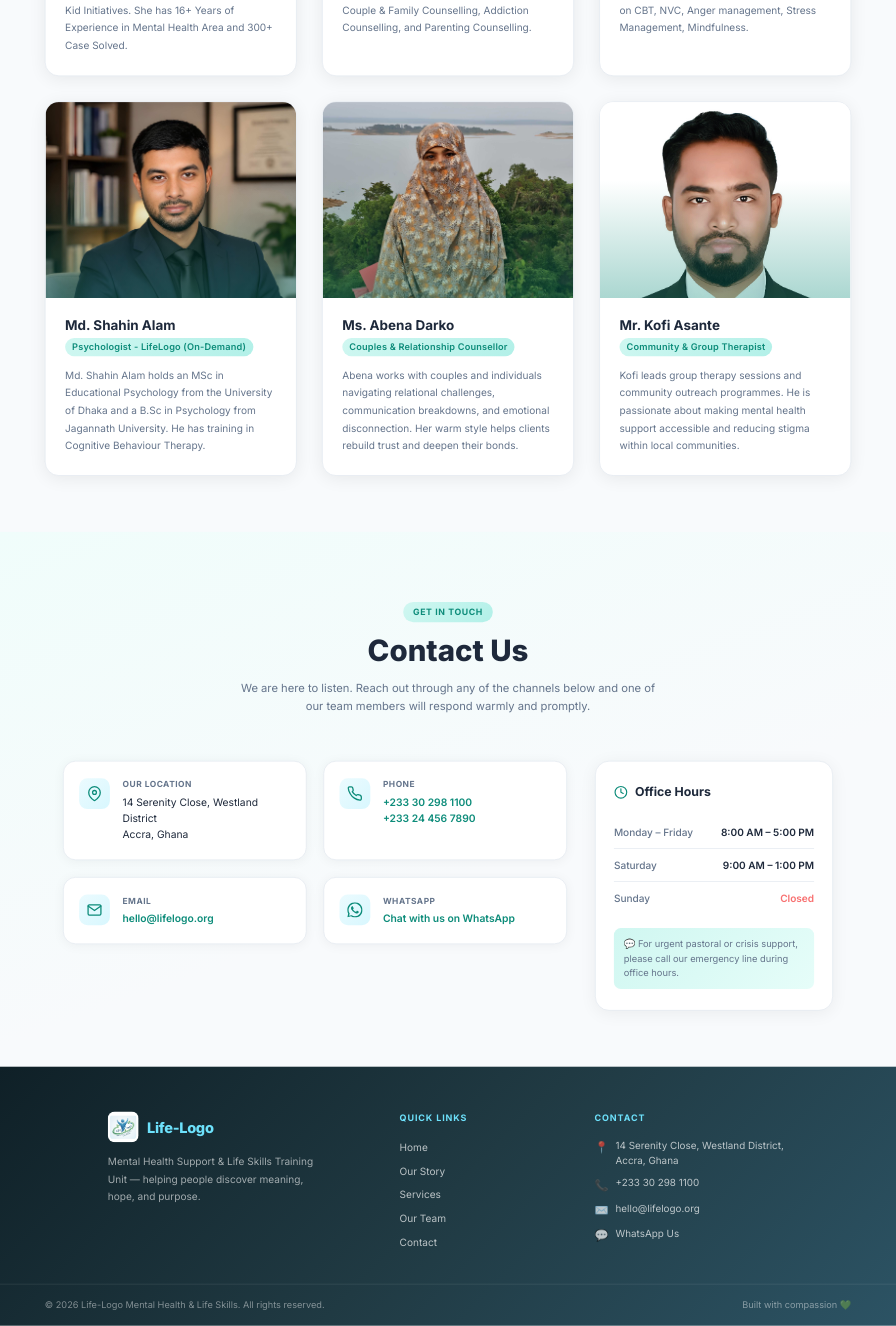
Repository: Tan47s/Lifelogo
Page: /
The author's editor kept a copy of each file at every save. The page is drawn from the files as they stood at one save, then again after the next save.
The browser window is 1280 px wide. The pictures show the part of the page from y = 3017 to 4937 px (the page is 4911 px tall before and 4937 px after), at 70% of full size.
The project was rebuilt for these pictures with package versions that can differ from the ones it lists, and the page was loaded fresh each time. Also part of the build but not shown: vite.config.js.

Above is the page before, as saved 2026-08-09 17:11:28.

### index.html
<!doctype html>
<html lang="en">
  <head>
    <meta charset="UTF-8" />
    <link rel="icon" type="image/svg+xml" href="/favicon.svg" />
    <meta name="viewport" content="width=device-width, initial-scale=1.0" />
    <title>Life-Logo | Mental Health Counselling &amp; Life Skills</title>
    <meta name="description" content="Life-Logo Mental Health Support &amp; Life Skills Training Unit — professional counselling, resilience coaching, and compassionate support to help you find meaning, hope, and purpose." />
    <meta property="og:title" content="Life-Logo | Mental Health Counselling &amp; Life Skills" />
    <meta property="og:description" content="Professional counselling and life skills training to support your well-being and personal growth." />
    <meta property="og:type" content="website" />
  </head>
  <body>
    <div id="root"></div>
    <script type="module" src="/src/main.jsx"></script>
  </body>
</html>

### src/main.jsx
import { StrictMode } from 'react'
import { createRoot } from 'react-dom/client'

import { App } from './App.jsx'


createRoot(document.getElementById('root')).render(
  <StrictMode>
    <App />
  </StrictMode>,
)

### src/App.jsx
import React from 'react'
import { Header } from './comp/Header'
import { Herocon } from './comp/Herocon'
import { Contents2 } from './comp/Contents2'
import { Service2 } from './comp/Service2'
import { Counsellors } from './comp/Counsellors'
import { Contact } from './comp/Contact'
import { Footer } from './comp/Footer'

export const App = () => {
  return (
    <div>
      <Header />

      {/* Hero — id: home (owned by Herocon's <section>) */}
      <Herocon />

      {/* Our Story — id: story (owned by Contents2's <section>) */}
      <Contents2 />

      {/* Services — id: services (declared inside Service2's <section>) */}
      <Service2 />

      {/* Our Team — id: team */}
      <Counsellors />

      {/* Contact — id: contact */}
      <Contact />

      {/* Footer */}
      <Footer />
    </div>
  )
}

### src/comp/Herocon.jsx
import './herocon.css'
import Hero from '../assets/hero.png'

const stats = [
  { value: '500+', label: 'Lives Impacted' },
  { value: '15+', label: 'Years Experience' },
  { value: '6',   label: 'Specialists' },
]

export const Herocon = () => {
  const scrollTo = (id) => {
    const el = document.getElementById(id)
    if (el) el.scrollIntoView({ behavior: 'smooth' })
  }

  return (
    <section
      id="home"
      className="hero-section"
      style={{ backgroundImage: `url(${Hero})` }}
    >
      {/* layered overlay */}
      <div className="hero-overlay" />

      <div className="hero-content">
        {/* eyebrow badge */}
        <span className="hero-badge">Mental Health &amp; Life Skills</span>

        {/* quote */}
        <p className="hero-quote">
          &ldquo;Doctors Dress The Wound, God Heals It.&rdquo;
        </p>

        {/* headline */}
        <h1 className="hero-headline">
          Well-Being Requires<br />
          <span className="hero-headline-accent">a Safe Space to Heal</span>
        </h1>

        {/* sub-text */}
        <p className="hero-sub">
          Mental health is the foundation of a healthy life. Through compassion,
          professional support, and faith, we help you find hope, build
          resilience, and take meaningful steps toward lasting well-being.
        </p>

        {/* CTAs */}
        <div className="hero-ctas">
          <button
            id="hero-contact-btn"
            className="hero-btn hero-btn--primary"
            onClick={() => scrollTo('contact')}
          >
            Contact Us
          </button>
          <button
            id="hero-services-btn"
            className="hero-btn hero-btn--ghost"
            onClick={() => scrollTo('services')}
          >
            Our Services
          </button>
        </div>

        {/* Stats strip */}
        <div className="hero-stats">
          {stats.map((s, i) => (
            <div className="hero-stat" key={i}>
              <span className="hero-stat-value">{s.value}</span>
              <span className="hero-stat-label">{s.label}</span>
            </div>
          ))}
        </div>
      </div>
    </section>
  )
}

### src/comp/Service2.jsx
import React from 'react'
import ser1 from '../assets/ser1.png'
import ser2 from '../assets/ser2.png'
import ser3 from '../assets/ser3.png'
import ser4 from '../assets/ser4.png'
import './Service2.css'

const services = [
  {
    img: ser1,
    title: 'Individual Counselling',
    tag: 'One-on-One',
    desc: 'A private, confidential space where you can explore personal challenges, process emotions, and develop healthier coping strategies with the guidance of a qualified counsellor.',
  },
  {
    img: ser2,
    title: 'Couple Counselling',
    tag: 'Relationships',
    desc: 'Helping couples navigate conflict, rebuild trust, and strengthen communication so they can grow together in a healthy, supportive partnership.',
  },
  {
    img: ser3,
    title: 'Family Counselling',
    tag: 'Family Dynamics',
    desc: 'We work with families to address relational tensions, improve understanding, and foster a home environment rooted in compassion and mutual respect.',
  },
  {
    img: ser4,
    title: 'Life Skills Training',
    tag: 'Personal Growth',
    desc: 'Practical workshops and coaching sessions that equip you with tools for resilience, emotional regulation, goal-setting, and purposeful living.',
  },
]

export const Service2 = () => {
  return (
    <section id="services" className="services-section">
      {/* Section Header */}
      <div className="services-header">
        <span className="section-badge">What We Offer</span>
        <h2>Our Services</h2>
        <p className="services-subtitle">
          We provide compassionate mental health counselling and life skills
          training to support your well-being and personal growth.
        </p>
      </div>

      {/* Cards Grid */}
      <div className="services-grid">
        {services.map((s, i) => (
          <div className="service-card" key={i}>
            <div className="service-img-wrap">
              <img src={s.img} alt={s.title} className="service-img" />
              <div className="service-img-overlay" />
            </div>
            <div className="service-info">
              <span className="service-tag">{s.tag}</span>
              <h3>{s.title}</h3>
              <p>{s.desc}</p>
            </div>
          </div>
        ))}
      </div>
    </section>
  )
}

### src/comp/Counsellors.jsx
import React from 'react'
import './Counsellors.css'
import c1 from '../assets/counsellor1.jpg'
import c2 from '../assets/counsellor2.jpg'
import c3 from '../assets/counsellor3.jpeg'
import c4 from '../assets/counsellor4.jpeg'
import c5 from '../assets/counsellor5.jpeg'
import c6 from '../assets/counsellor6.jpg'

const counsellors = [
  {
    img: c1,
    name: 'Sunjeda Parvin',
    role: 'Founder - Life Logo',
    bio: 'Sunjeda Parvin is a Parent Training Facilitator(Uk) and holds an Ms in Counselling Psychology(Du). She serves as the Founder - Life Logo and Advisor - Super Kid Initiatives. She has 16+ Years of Experience in Mental Health Area and 300+ Case Solved.',
  },
  {
    img: c2,
    name: 'Sabina Islam',
    role: 'Psychologist - LifeLogo',
    bio: 'Sabina Islam holds an MS in Social Psychology from the University of Dhaka. She has 4+ Years of Experience with expertise in Psychotherapy (CBT & DBT), Couple & Family Counselling, Addiction Counselling, and Parenting Counselling.',
  },
  {
    img: c3,
    name: 'Israt Jahan Labone',
    role: 'Psychologist - LifeLogo(On-Demand)',
    bio: 'Israt Jahan Labone holds an MS in School Psychology (DU) and is a Master Trainer (Ministry of Education and SESIP). She has 5+ Years of Experience and Special Training on CBT, NVC, Anger management, Stress Management, Mindfulness.',
  },
  {
    img: c4,
    name: 'Md. Shahin Alam',
    role: 'Psychologist - LifeLogo (On-Demand)',
    bio: 'Md. Shahin Alam holds an MSc in Educational Psychology from the University of Dhaka and a B.Sc in Psychology from Jagannath University. He has training in Cognitive Behaviour Therapy.',
  },
  {
    img: c5,
    name: 'Ms. Abena Darko',
    role: 'Couples & Relationship Counsellor',
    bio: 'Abena works with couples and individuals navigating relational challenges, communication breakdowns, and emotional disconnection. Her warm style helps clients rebuild trust and deepen their bonds.',
  },
  {
    img: c6,
    name: 'Mr. Kofi Asante',
    role: 'Community & Group Therapist',
    bio: 'Kofi leads group therapy sessions and community outreach programmes. He is passionate about making mental health support accessible and reducing stigma within local communities.',
  },
]

export const Counsellors = () => {
  return (
    <section id="team" className="counsellors-section">
      {/* Section Header */}
      <div className="counsellors-header">
        <span className="section-badge">Our Team</span>
        <h2>Meet the Counsellors</h2>
        <p className="counsellors-subtitle">
          Our qualified, compassionate professionals are dedicated to walking
          alongside you on your journey to wholeness.
        </p>
      </div>

      {/* Cards Grid */}
      <div className="counsellors-grid">
        {counsellors.map((c, i) => (
          <div className="counsellor-card" key={i}>
            <div className="counsellor-img-wrap">
              <img src={c.img} alt={c.name} className="counsellor-img" />
              <div className="counsellor-img-overlay" />
            </div>
            <div className="counsellor-info">
              <h3>{c.name}</h3>
              <span className="counsellor-role">{c.role}</span>
              <p>{c.bio}</p>
            </div>
          </div>
        ))}
      </div>
    </section>
  )
}

### src/comp/Footer.jsx
import React from 'react'
import './Footer.css'
import logo from '../assets/logo.png'

export const Footer = () => {
  const year = new Date().getFullYear()

  const scrollTo = (id) => {
    const el = document.getElementById(id)
    if (el) el.scrollIntoView({ behavior: 'smooth' })
  }

  return (
    <footer className="footer">
      <div className="footer-inner">

        {/* Brand Column */}
        <div className="footer-brand">
          <div className="footer-logo-row">
            <img src={logo} alt="Life-Logo" className="footer-logo" />
            <span className="footer-name">Life-Logo</span>
          </div>
          <p className="footer-tagline">
            Mental Health Support &amp; Life Skills Training Unit — helping
            people discover meaning, hope, and purpose.
          </p>
        </div>

        {/* Quick Links */}
        <div className="footer-col">
          <h4>Quick Links</h4>
          <ul>
            {[
              { label: 'Home',        id: 'home' },
              { label: 'Our Story',   id: 'story' },
              { label: 'Services',    id: 'services' },
              { label: 'Our Team',    id: 'team' },
              { label: 'Contact',     id: 'contact' },
            ].map((l) => (
              <li key={l.id}>
                <button onClick={() => scrollTo(l.id)} className="footer-link">
                  {l.label}
                </button>
              </li>
            ))}
          </ul>
        </div>

        {/* Contact Column */}
        <div className="footer-col">
          <h4>Contact</h4>
          <ul className="footer-contact-list">
            <li>
              <span className="fc-icon">📍</span>
              14 Serenity Close, Westland District, Accra, Ghana
            </li>
            <li>
              <span className="fc-icon">📞</span>
              <a href="tel:+233302981100">+233 30 298 1100</a>
            </li>
            <li>
              <span className="fc-icon">✉️</span>
              <a href="mailto:hello@lifelogo.org">hello@lifelogo.org</a>
            </li>
            <li>
              <span className="fc-icon">💬</span>
              <a href="https://wa.me/233244567890" target="_blank" rel="noopener noreferrer">
                WhatsApp Us
              </a>
            </li>
          </ul>
        </div>

      </div>

      {/* Bottom Bar */}
      <div className="footer-bottom">
        <p>&copy; {year} Life-Logo Mental Health &amp; Life Skills. All rights reserved.</p>
        <p className="footer-note">Built with compassion 💚</p>
      </div>
    </footer>
  )
}

### src/Index.css

@import url('https://fonts.googleapis.com/css2?family=Inter:wght@100..900&display=swap');

:root {
  /* Brand */
  --primary: #6de1fb;        /* Teal from header */
  --primary-light: #02ff78;


  /* Logo greens */
  --green: #22C55E;
  --green-light: #DCFCE7;

  /* Blue accent */
  --blue: #38BDF8;
  --blue-light: #E0F2FE;

  /* Backgrounds */
  --background: #F8FAFC;
  --surface: #FFFFFF;

  /* Text */
  --text: #1E293B;
  --text-muted: #64748B;

  /* Borders */
  --border: #E2E8F0;
}

* {
  margin: 0;
  padding: 0;
  box-sizing: border-box;
  font-family: "Inter", sans-serif;
}

h1{
    font-weight: 800;
}

p{
    font-weight: 400;
}

### src/comp/Contents2.css
/* ============================================================
   OUR STORY SECTION
   ============================================================ */

.story-section {
  padding: 100px 5% 80px;
  background: var(--background);   /* #F8FAFC — same as Counsellors */
}

/* ---- Two-column inner wrapper ---- */
.story-inner {
  display: grid;
  grid-template-columns: 1fr 1fr;
  gap: 72px;
  max-width: 1200px;
  margin: 0 auto;
  align-items: start;
}

/* ========== LEFT: text column ========== */
.story-text {
  display: flex;
  flex-direction: column;
  gap: 20px;
}

.story-text h2 {
  font-size: clamp(26px, 3.5vw, 40px);
  font-weight: 800;
  color: var(--text);
  line-height: 1.18;
  margin: 0;
}

.story-lead {
  font-size: 1.05rem;
  color: var(--text);
  font-weight: 500;
  line-height: 1.75;
  margin: 0;
}

.story-body {
  font-size: 0.95rem;
  color: var(--text-muted);
  line-height: 1.8;
  margin: 0;
}

/* ========== RIGHT: pillars column ========== */
.story-pillars {
  display: flex;
  flex-direction: column;
  gap: 20px;
}

/* ---- Single pillar card ---- */
.story-pillar {
  display: flex;
  align-items: flex-start;
  gap: 18px;
  background: var(--surface);
  border: 1px solid var(--border);
  border-radius: 18px;
  padding: 24px 22px;
  box-shadow: 0 2px 16px rgba(0, 0, 0, 0.05);
  transition: transform 0.25s ease, box-shadow 0.25s ease;
}

.story-pillar:hover {
  transform: translateY(-4px);
  box-shadow: 0 8px 32px rgba(109, 225, 251, 0.18);
}

/* ---- Icon bubble ---- */
.pillar-icon {
  flex-shrink: 0;
  width: 48px;
  height: 48px;
  border-radius: 14px;
  background: linear-gradient(135deg, #d0f7f1, #b2f0e8);
  display: flex;
  align-items: center;
  justify-content: center;
  color: #0d8c7a;
}

.pillar-icon svg {
  width: 22px;
  height: 22px;
}

/* ---- Pillar text ---- */
.pillar-body {
  display: flex;
  flex-direction: column;
  gap: 5px;
}

.pillar-body h4 {
  font-size: 1rem;
  font-weight: 700;
  color: var(--text);
  margin: 0;
}

.pillar-body p {
  font-size: 0.88rem;
  color: var(--text-muted);
  line-height: 1.65;
  margin: 0;
}

/* ---- Responsive ---- */
@media (max-width: 860px) {
  .story-inner {
    grid-template-columns: 1fr;
    gap: 48px;
  }
}

@media (max-width: 640px) {
  .story-section {
    padding: 70px 5% 60px;
  }
}

### src/comp/Service2.css
/* ============================================================
   SERVICES SECTION  —  mirrors Counsellors card style
   ============================================================ */

.services-section {
  padding: 100px 5% 80px;
  background: linear-gradient(160deg, #f0fdfb 0%, #f8fafc 60%);
}

/* --- Header --- */
.services-header {
  text-align: center;
  max-width: 660px;
  margin: 0 auto 64px;
}

.services-header h2 {
  font-size: clamp(28px, 4vw, 42px);
  font-weight: 800;
  color: var(--text);
  margin-bottom: 16px;
  line-height: 1.15;
}

.services-subtitle {
  font-size: 1rem;
  color: var(--text-muted);
  line-height: 1.7;
}

/* --- Grid --- */
.services-grid {
  display: grid;
  grid-template-columns: repeat(auto-fit, minmax(260px, 1fr));
  gap: 32px;
  max-width: 1200px;
  margin: 0 auto;
}

/* --- Card --- */
.service-card {
  background: var(--surface);
  border-radius: 20px;
  overflow: hidden;
  box-shadow: 0 4px 24px rgba(0, 0, 0, 0.07);
  border: 1px solid var(--border);
  transition: transform 0.3s ease, box-shadow 0.3s ease;
}

.service-card:hover {
  transform: translateY(-8px);
  box-shadow: 0 12px 40px rgba(109, 225, 251, 0.25);
}

/* --- Image wrapper --- */
.service-img-wrap {
  position: relative;
  width: 100%;
  height: 150px;
  overflow: hidden;
}

.service-img {
  width: 100%;
  height: 100%;
  object-fit: cover;
  object-position: center;
  transition: transform 0.4s ease;
}

.service-card:hover .service-img {
  transform: scale(1.05);
}

.service-img-overlay {
  position: absolute;
  inset: 0;
  background: linear-gradient(to top, rgba(13, 140, 122, 0.3) 0%, transparent 55%);
  pointer-events: none;
}

/* --- Info block --- */
.service-info {
  padding: 22px 26px 28px;
  display: flex;
  flex-direction: column;
  gap: 8px;
}

.service-tag {
  display: inline-block;
  background: linear-gradient(135deg, #d0f7f1, #b2f0e8);
  color: #0d8c7a;
  font-size: 0.78rem;
  font-weight: 700;
  letter-spacing: 0.06em;
  text-transform: uppercase;
  padding: 4px 12px;
  border-radius: 999px;
  align-self: flex-start;
}

.service-info h3 {
  font-size: 1.15rem;
  font-weight: 700;
  color: var(--text);
  margin: 0;
  line-height: 1.3;
}

.service-info p {
  font-size: 0.9rem;
  color: var(--text-muted);
  line-height: 1.75;
  margin: 0;
}

/* --- Responsive --- */
@media (max-width: 640px) {
  .services-section {
    padding: 70px 5% 60px;
  }

  .services-grid {
    grid-template-columns: 1fr;
  }
}

### src/comp/Footer.css
/* ============================================================
   FOOTER
   ============================================================ */

.footer {
  background: linear-gradient(135deg, #0f2027, #203a43, #2c5364);
  color: rgba(255, 255, 255, 0.85);
  padding-top: 64px;
}

.footer-inner {
  max-width: 1100px;
  margin: 0 auto;
  padding: 0 5% 48px;
  display: grid;
  grid-template-columns: 1.6fr 1fr 1.2fr;
  gap: 48px;
}

/* --- Brand Column --- */
.footer-brand {}

.footer-logo-row {
  display: flex;
  align-items: center;
  gap: 12px;
  margin-bottom: 16px;
}

.footer-logo {
  width: 44px;
  height: 44px;
  object-fit: contain;
  border-radius: 10px;
  background: white;
  padding: 3px;
}

.footer-name {
  font-size: 1.3rem;
  font-weight: 800;
  color: var(--primary);
  letter-spacing: -0.02em;
}

.footer-tagline {
  font-size: 0.9rem;
  line-height: 1.7;
  color: rgba(255, 255, 255, 0.6);
  max-width: 300px;
}

/* --- Columns --- */
.footer-col h4 {
  font-size: 0.8rem;
  font-weight: 700;
  letter-spacing: 0.1em;
  text-transform: uppercase;
  color: var(--primary);
  margin-bottom: 18px;
}

.footer-col ul {
  list-style: none;
  padding: 0;
  margin: 0;
  display: flex;
  flex-direction: column;
  gap: 10px;
}

/* Quick links */
.footer-link {
  background: none;
  border: none;
  padding: 0;
  cursor: pointer;
  font-size: 0.9rem;
  color: rgba(255, 255, 255, 0.7);
  text-align: left;
  transition: color 0.2s ease;
  font-family: inherit;
}

.footer-link:hover {
  color: var(--primary);
}

/* Contact list */
.footer-contact-list li {
  display: flex;
  align-items: flex-start;
  gap: 10px;
  font-size: 0.88rem;
  color: rgba(255, 255, 255, 0.7);
  line-height: 1.55;
}

.footer-contact-list a {
  color: rgba(255, 255, 255, 0.7);
  text-decoration: none;
  transition: color 0.2s ease;
}

.footer-contact-list a:hover {
  color: var(--primary);
}

.fc-icon {
  flex-shrink: 0;
  font-size: 1rem;
  margin-top: 1px;
}

/* --- Bottom Bar --- */
.footer-bottom {
  border-top: 1px solid rgba(255, 255, 255, 0.1);
  padding: 20px 5%;
  display: flex;
  align-items: center;
  justify-content: space-between;
  max-width: 100%;
}

.footer-bottom p {
  font-size: 0.82rem;
  color: rgba(255, 255, 255, 0.45);
  margin: 0;
}

.footer-note {
  font-size: 0.82rem;
  color: rgba(255, 255, 255, 0.45);
}

/* --- Responsive --- */
@media (max-width: 860px) {
  .footer-inner {
    grid-template-columns: 1fr 1fr;
  }
  .footer-brand {
    grid-column: span 2;
  }
}

@media (max-width: 540px) {
  .footer-inner {
    grid-template-columns: 1fr;
  }
  .footer-brand {
    grid-column: span 1;
  }
  .footer-bottom {
    flex-direction: column;
    gap: 6px;
    text-align: center;
  }
}

Loaded but not shown: src/comp/Contact.jsx (114 lines, source omitted); src/App.css (221 lines, source omitted); src/comp/herocon.css (185 lines, source omitted); src/comp/Contact.css (202 lines, source omitted); src/comp/Header.jsx (102 lines, source omitted); src/comp/Contents2.jsx (74 lines, source omitted); src/comp/Counsellors.css (141 lines, source omitted)

After the next save:
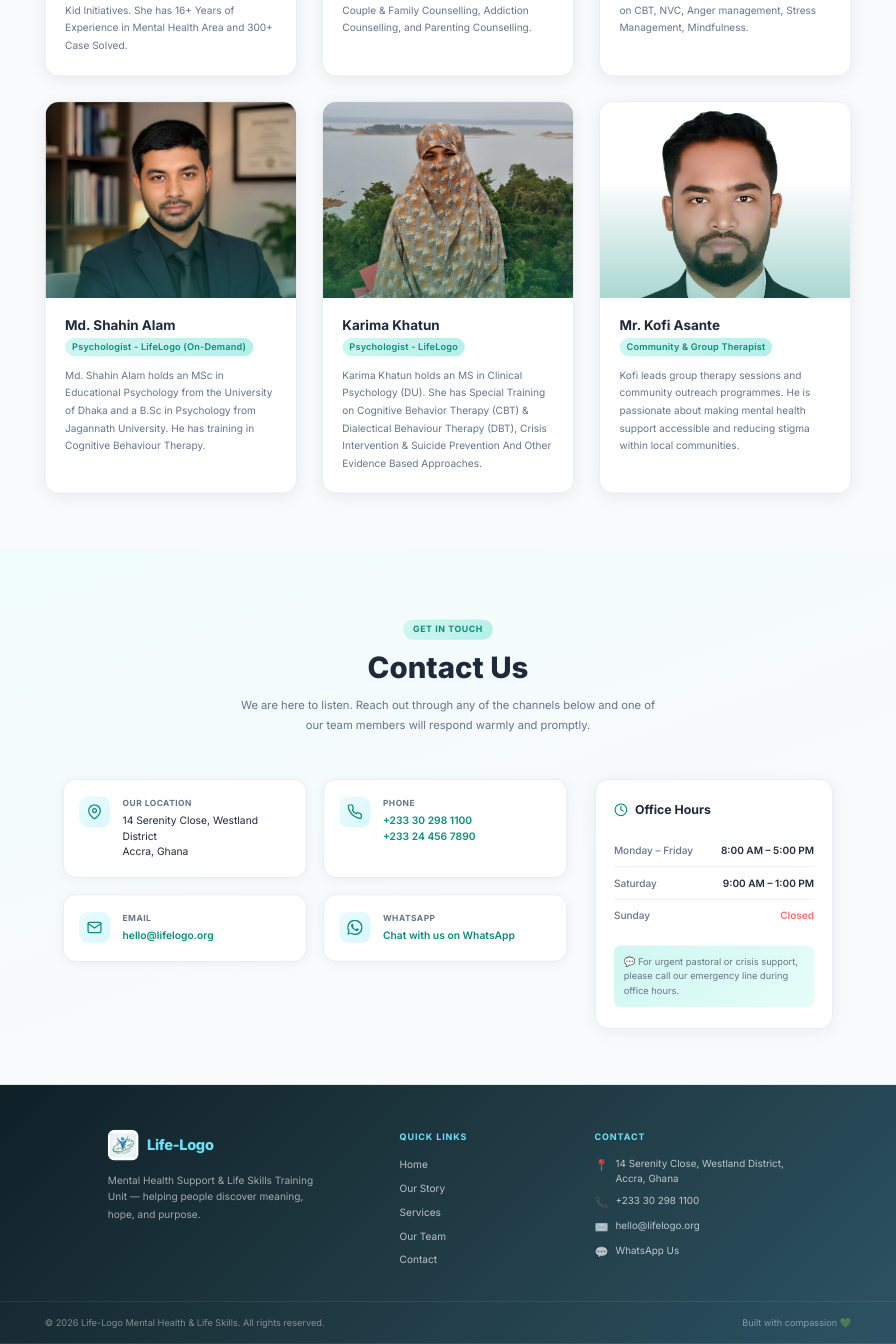
Saved 32 s later.
--- a/src/comp/Counsellors.jsx
+++ b/src/comp/Counsellors.jsx
@@ -34,9 +34,9 @@ const counsellors = [
   },
   {
     img: c5,
-    name: 'Ms. Abena Darko',
-    role: 'Couples & Relationship Counsellor',
-    bio: 'Abena works with couples and individuals navigating relational challenges, communication breakdowns, and emotional disconnection. Her warm style helps clients rebuild trust and deepen their bonds.',
+    name: 'Karima Khatun',
+    role: 'Psychologist - LifeLogo',
+    bio: 'Karima Khatun holds an MS in Clinical Psychology (DU). She has Special Training on Cognitive Behavior Therapy (CBT) & Dialectical Behaviour Therapy (DBT), Crisis Intervention & Suicide Prevention And Other Evidence Based Approaches.',
   },
   {
     img: c6,
